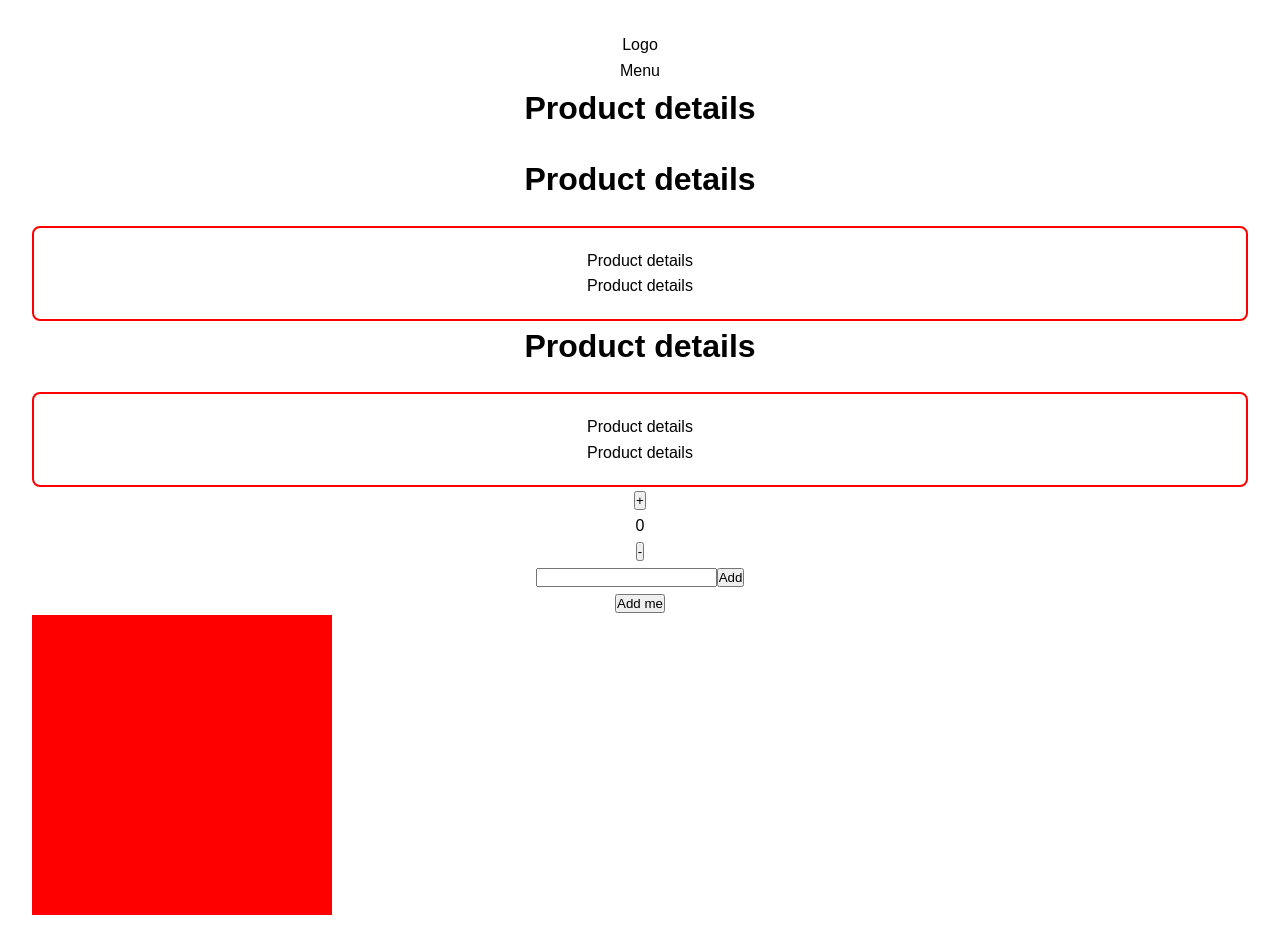
Repository: Manny1294/react-learning
Page: /
The author's editor kept a copy of each file at every save. The page is drawn from the files as they stood at one save, then again after the next save.
The browser window is 1280 px wide. The pictures show the whole page.
The project was rebuilt for these pictures with package versions that can differ from the ones it lists, and the page was loaded fresh each time. Also part of the build but not shown: vite.config.js.

Above is the page before, as saved 2026-01-30 16:24:45.

### index.html
<!doctype html>
<html lang="en">
  <head>
    <meta charset="UTF-8" />
    <link rel="icon" type="image/svg+xml" href="/vite.svg" />
    <meta name="viewport" content="width=device-width, initial-scale=1.0" />
    <title>my-react-lesson</title>
  </head>
  <body>
    <div id="root"></div>
    <script type="module" src="/src/main.jsx"></script>
  </body>
</html>

### src/index.css
* {
  margin: 0;
  padding: 0;
  box-sizing: border-box;
}

body {
  font-family: Arial, Helvetica, sans-serif;
  line-height: 1.6;
}

### src/App.jsx
import "./App.css";
import ProductCard from "./components/ProductCard";
import NavBar from "./components/NavBar";
import PerfumeImg from "./assets/perfume.jpg";
import Counter from "./components/Counter";
import Todos from "./components/TodoList";
import Toggle from "./components/Toggle";

export default function App() {
  const Product = {
    name: "beans",
    price: "200",
    image: PerfumeImg,
    description: "Nigerian-made long grain rice",
  };
  const Product2 = {
    name: "orange",
    price: "700",
    image: PerfumeImg,
    description: "home made orange",
  };
  return (
    <div>
      <NavBar />
      <h1 style={{ marginBottom: "20px" }}>Product details</h1>
      <ProductCard
        name={Product.name}
        price={Product.price}
        image={Product.image}
        description={Product.description}
      />
      <ProductCard
        name={Product2.name}
        price={Product2.price}
        image={Product2.image}
        description={Product2.description}
      />
      <Counter />
      <Todos />
      <Toggle />
    </div>
  );
}

// export default App;

### src/components/ProductCard.jsx
import "./ProductCard.css";

function ProductCard() {
  return (
    <>
      <h1 style={{ marginBottom: "20px" }}>Product details</h1>
      <div className="card">
        {/* left- pictures */}
        <div>
          <p>Product details</p>
        </div>
        <div>
          <p>Product details</p>
        </div>
      </div>
    </>
  );
}

export default ProductCard;

### src/components/NavBar.jsx
export default function NavBar() {
  return (
    <div>
      <div>
        <p>Logo</p>
      </div>
      <div>
        <p>Menu</p>
      </div>
    </div>
  );
}

### src/components/Counter.jsx
import { useState } from "react";
export default function Counter() {
  const [count, setCount] = useState(0);

  function increaseCount() {
    setCount(count + 1);
  }

  function decreaseCount() {
    if (count > 0) {
      setCount(count - 1);
    }
  }
  return (
    <>
      <button onClick={increaseCount}>+</button>
      <p>{count}</p>
      <button onClick={decreaseCount}>-</button>
    </>
  );
}

### src/components/TodoList.jsx
import { useState } from "react";

export default function Todos() {
  const [todos, setTodos] = useState([]);
  // to track changes when typing in the input textbox
  const [input, setInput] = useState("");

  // to add todo item to the todos array and clear the input to an empty string afterwards
  function addTodos() {
    setTodos([...todos, input]);
    setInput("");
  }
  return (
    <>
      <div>
        <input
          type="text"
          value={input}
          onChange={(event) => {
            console.log("Typing:", event.target.value);
            setInput(event.target.value);
          }}
        ></input>

        <button onClick={addTodos}>Add</button>

        {/* conditional rendering */}
        <ol>
          {todos.map((todo, index) => (
            <li key={index}>{todo}</li>
          ))}
        </ol>
      </div>
    </>
  );
}

### src/components/Toggle.jsx
import { useState } from "react";

export default function Toggle() {
  const [isdark, setIsDark] = useState(false);

  return (
    <>
      <div>
        <button>Add me</button>
        <div
          style={{
            backgroundColor: isdark ? "black" : "red",
            width: "300px",
            height: "300px",
          }}
        ></div>
      </div>
    </>
  );
}

### src/components/ProductCard.css
.card {
  border: 2px solid hsl(0, 100%, 50%);
  padding: 20px;
  border-radius: 8px;
}

Loaded but not shown: src/main.jsx (common file); src/App.css (common file)

After the next save:
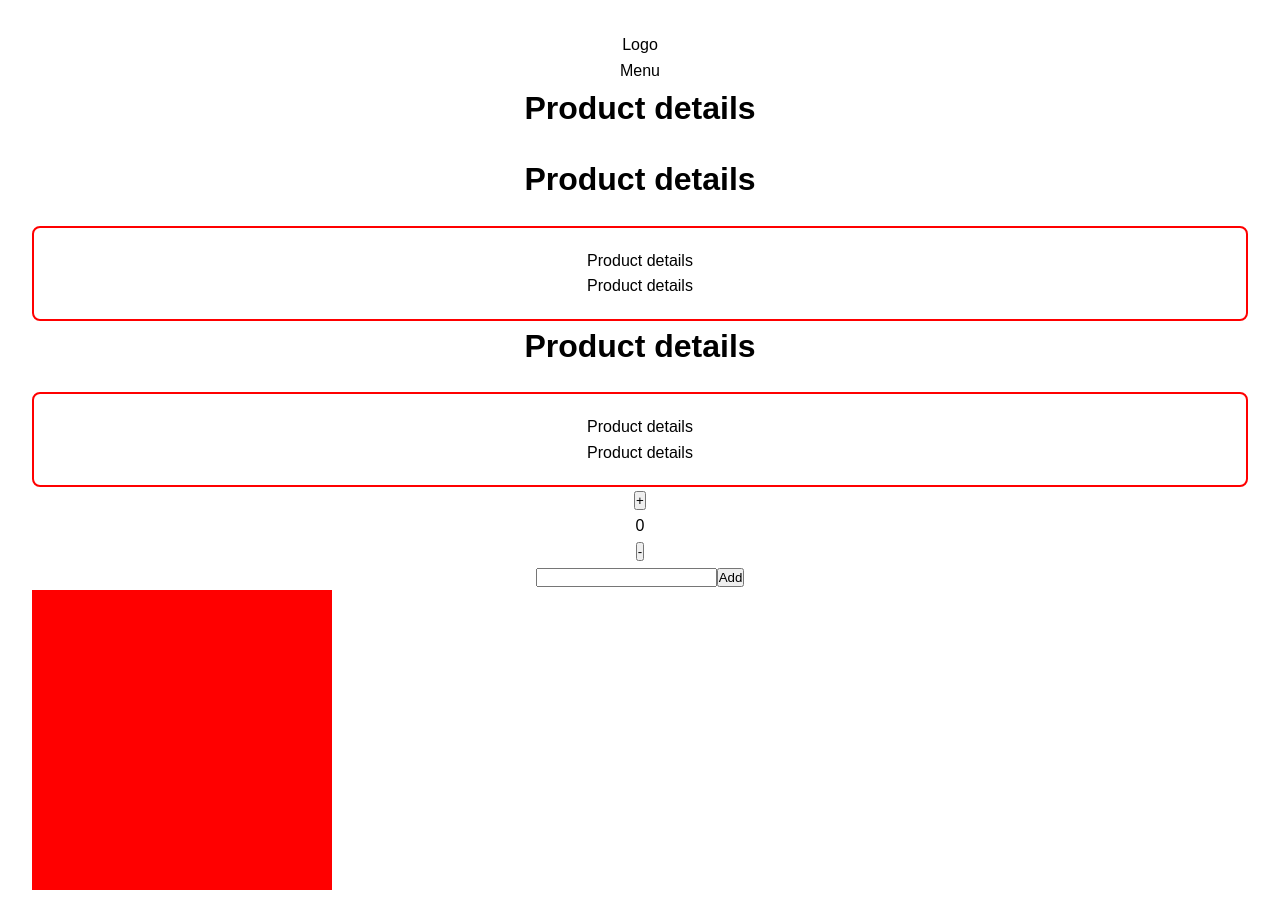
Saved 9 s later.
--- a/src/components/Toggle.jsx
+++ b/src/components/Toggle.jsx
@@ -6,7 +6,7 @@
   return (
     <>
       <div>
-        <button>Add me</button>
+        {/* <button>Add me</button> */}
         <div
           style={{
             backgroundColor: isdark ? "black" : "red",

After the save that followed:
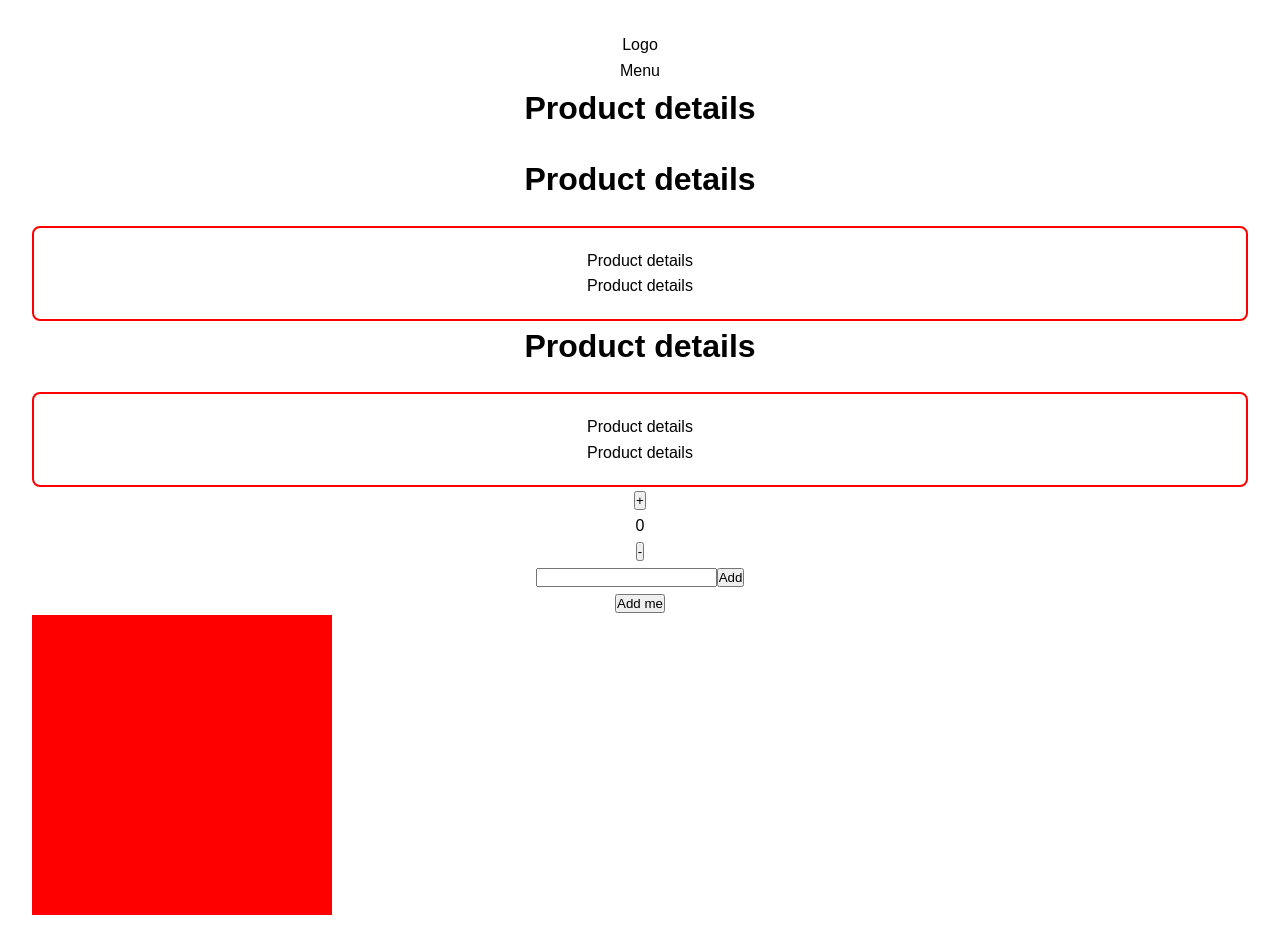
Saved 23 s later.
--- a/src/components/Toggle.jsx
+++ b/src/components/Toggle.jsx
@@ -6,7 +6,7 @@
   return (
     <>
       <div>
-        {/* <button>Add me</button> */}
+        <button>Add me</button>
         <div
           style={{
             backgroundColor: isdark ? "black" : "red",
